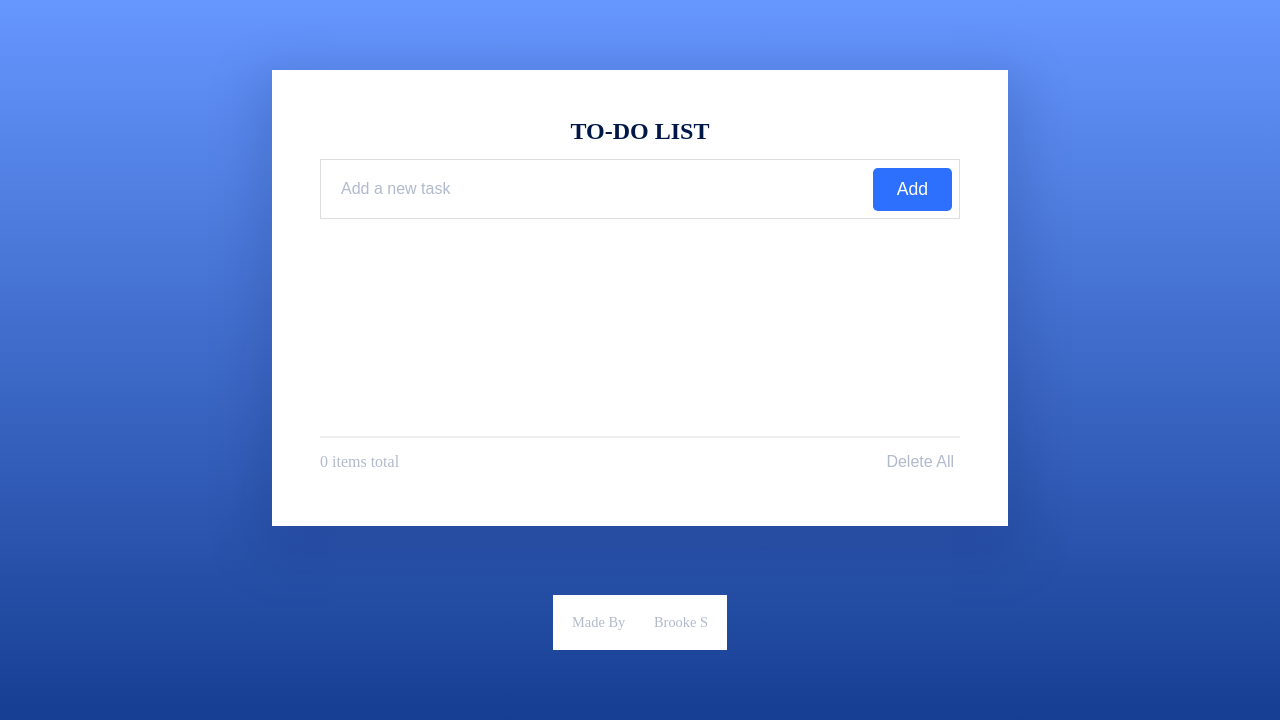
Repository: Bsharpenski/mini-movi-list
Page: workshop/fund3/index.html
These files come from the project's save history. The page is drawn as it stood at one moment and after the next save; the edit follows.
The browser window is 1280 px wide. The pictures show the whole page.

Above is the page before, as saved 2025-02-04 23:05:33.

After the next save:
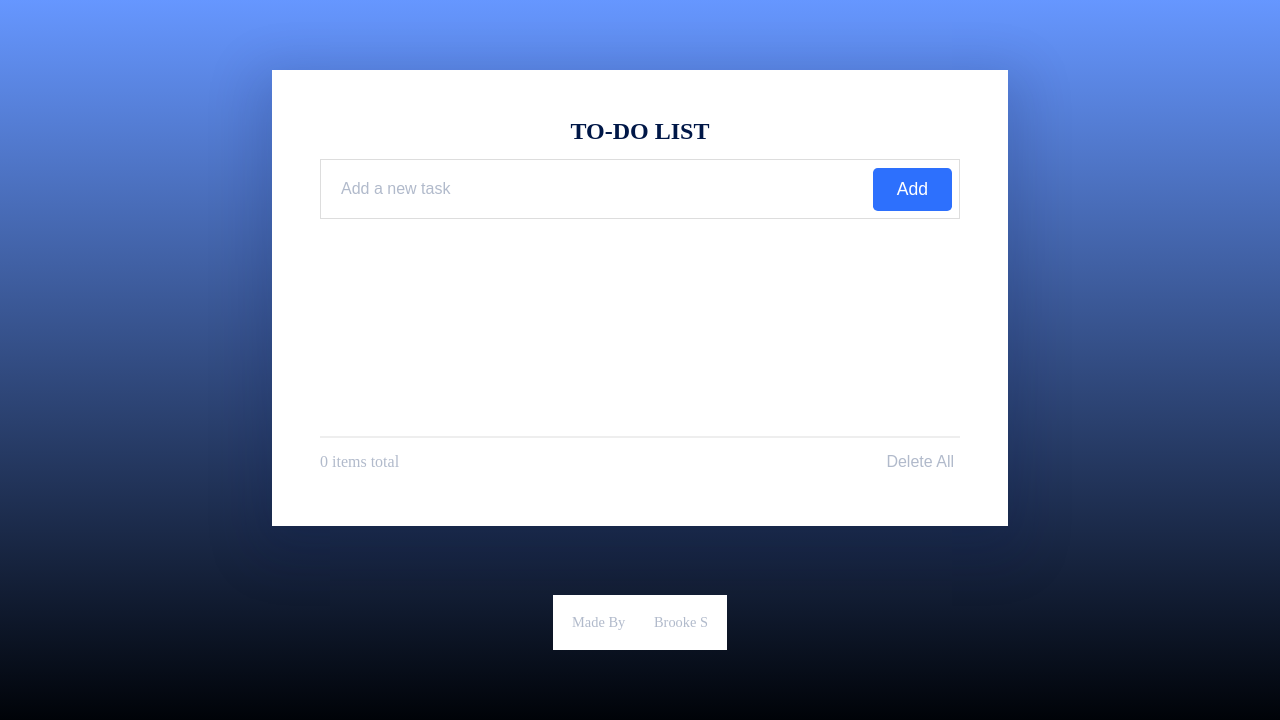
Saved 74 s later.
--- a/workshop/fund3/style.css
+++ b/workshop/fund3/style.css
@@ -2,7 +2,7 @@
     --gradient: linear-gradient(
         180deg,
         rgba(45, 112, 1253, 0.73)0%,
-        #163e92 100%
+        #000308 100%
     );
     --dark: #001747;
     --grey: #b1bacb;
